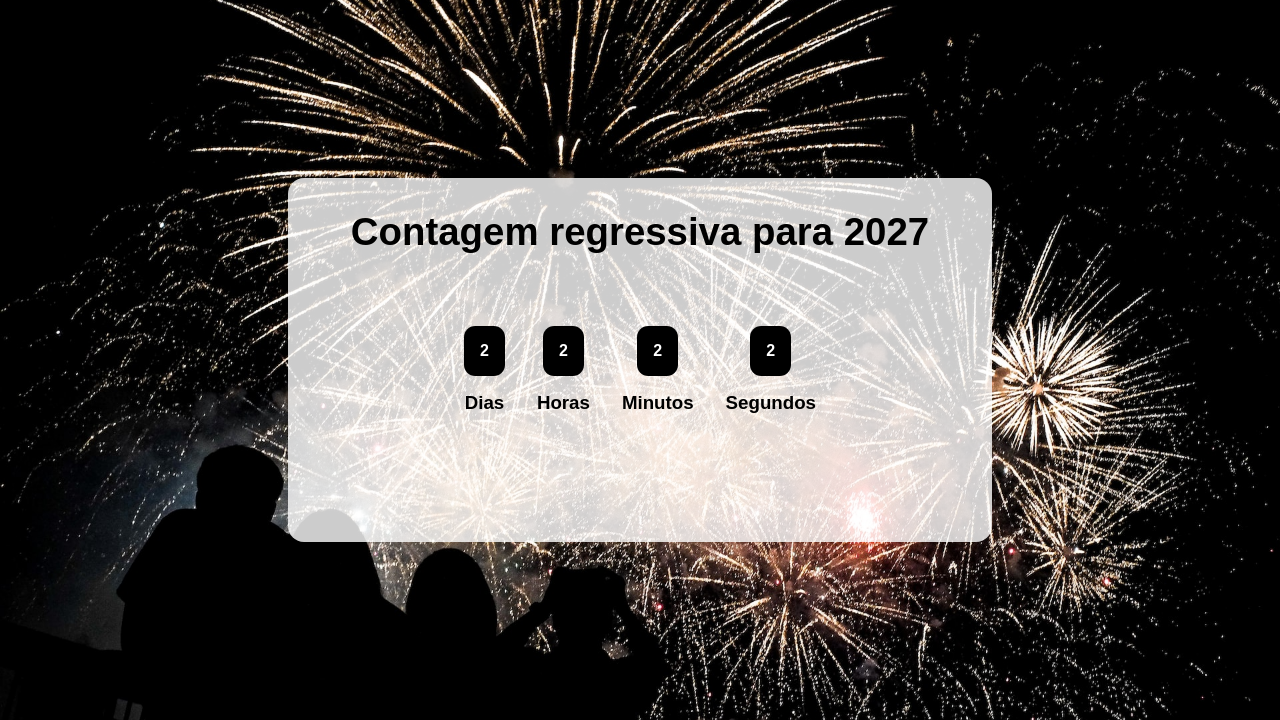
Repository: Bitroia/countdown_timer
Page: / (app in countdown/)
These files come from the project's save history. The page is drawn as it stood at one moment and after a run of saves; the edit follows.
The browser window is 1280 px wide. The pictures show the whole page.
The project was rebuilt for these pictures with package versions that can differ from the ones it lists, and the page was loaded fresh each time. Also part of the build but not shown: countdown/vite.config.js.

Above is the page before, as saved 2026-07-07 19:13:32.

After the next 5 saves:
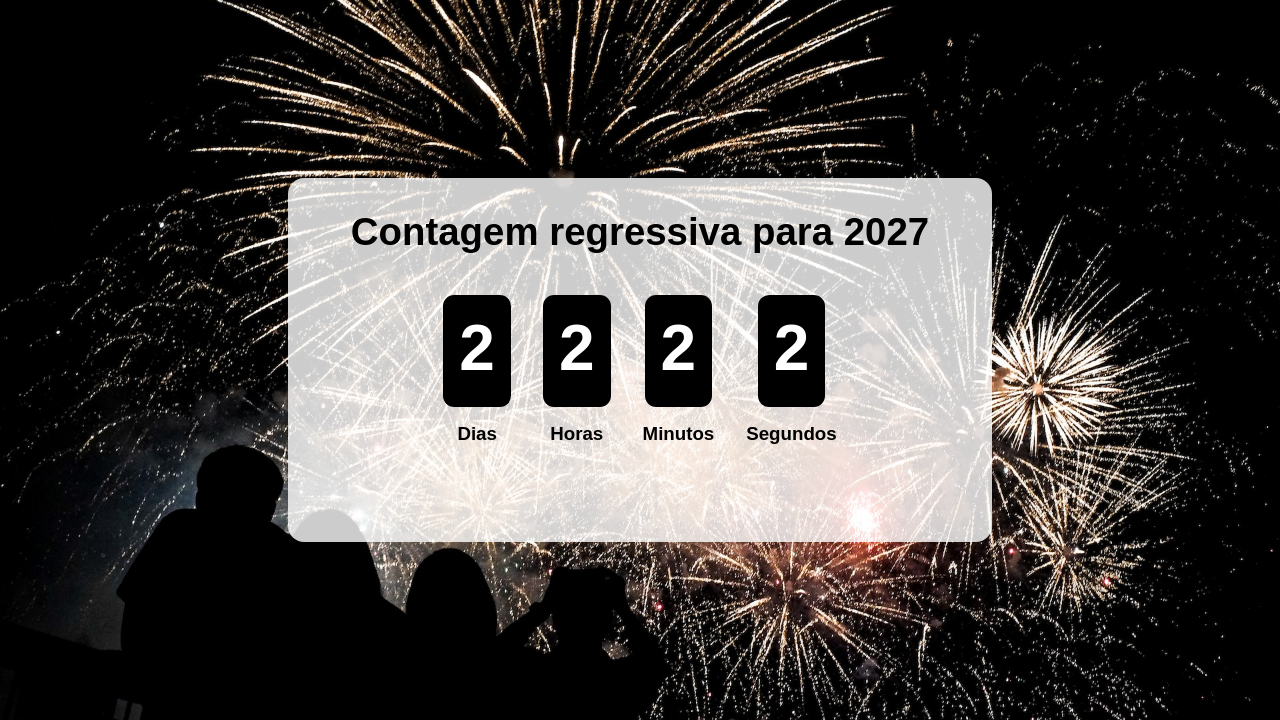
The 5 saves are shown as one change because they came seconds apart.
The last was saved 12 s later.
--- a/countdown/src/components/Counter.css
+++ b/countdown/src/components/Counter.css
@@ -12,5 +12,6 @@
     padding: 1rem;
     border-radius: 0.7rem;
     font-weight: bold;
-    font-size: ;
+    font-size: 4rem;
+    min-height: 80px;
 }
